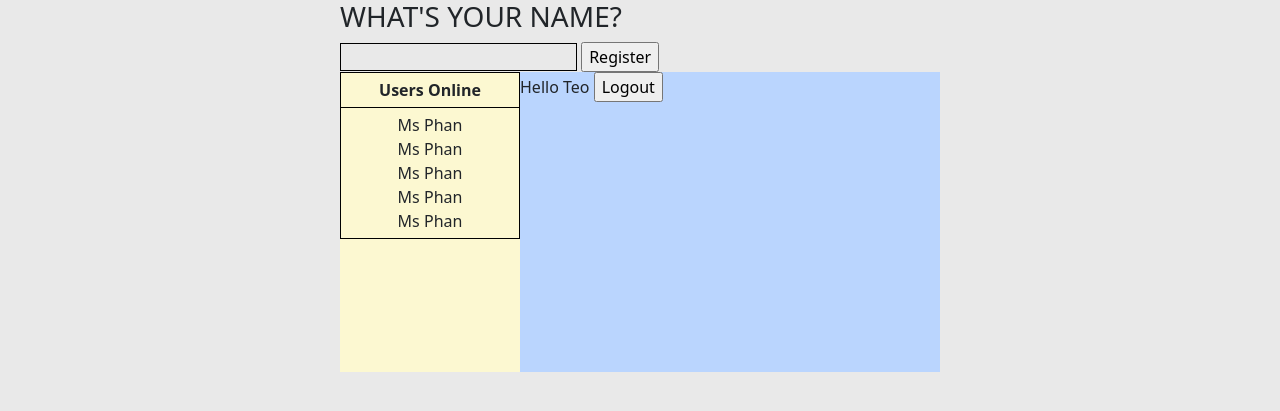
Repository: haimy125/demo_chat
Page: http://localhost/
These files come from the project's save history. The page is drawn as it stood at one moment and after the next save; the edit follows.
The browser window is 1280 px wide. The pictures show the whole page.
The page is served by the project's Node server (DEMO_CHAT_SOCKETIO/SERVER.js).

Above is the page before, as saved 2021-08-29 15:37:44.

After the next save:
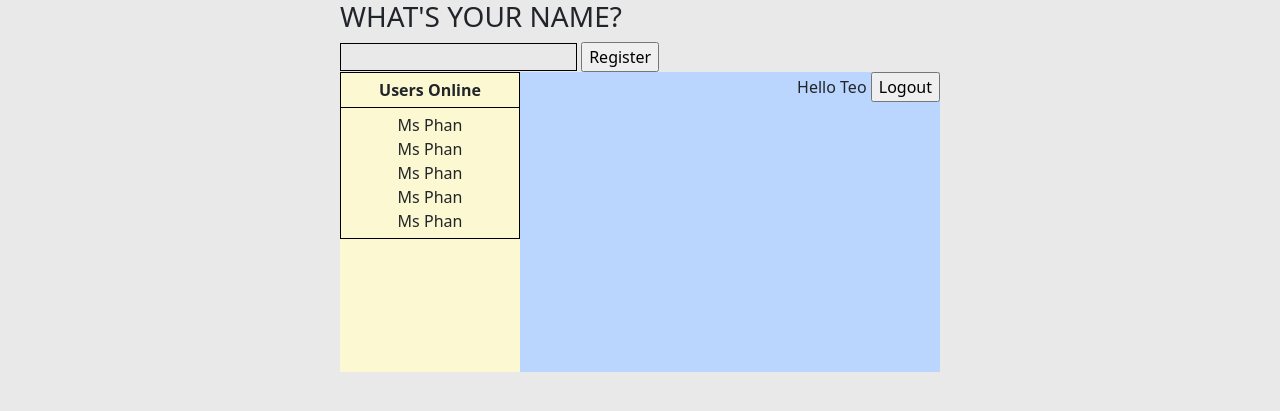
Saved 58 s later.
--- a/DEMO_CHAT_SOCKETIO/public/layout.css
+++ b/DEMO_CHAT_SOCKETIO/public/layout.css
@@ -43,3 +43,7 @@ body {
     padding: 5px;
     text-align: center;
 }
+
+#sayHi {
+    text-align: right;
+}
